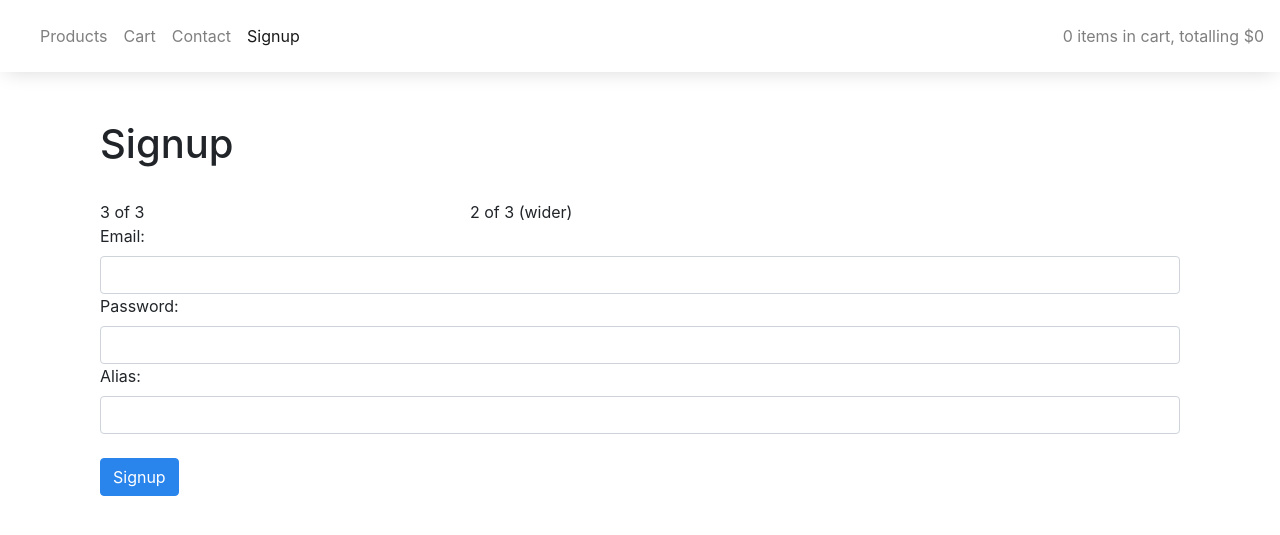
Repository: dayrim/wavecraft
Page: /signup
The author's editor kept a copy of each file at every save. The page is drawn from the files as they stood at one save, then again after the next save.
The browser window is 1280 px wide. The pictures show the whole page.
The project was rebuilt for these pictures with package versions that can differ from the ones it lists, and the page was loaded fresh each time. Also part of the build but not shown: vue.config.js.

Above is the page before, as saved 2019-04-22 16:03:47.

After the next save:
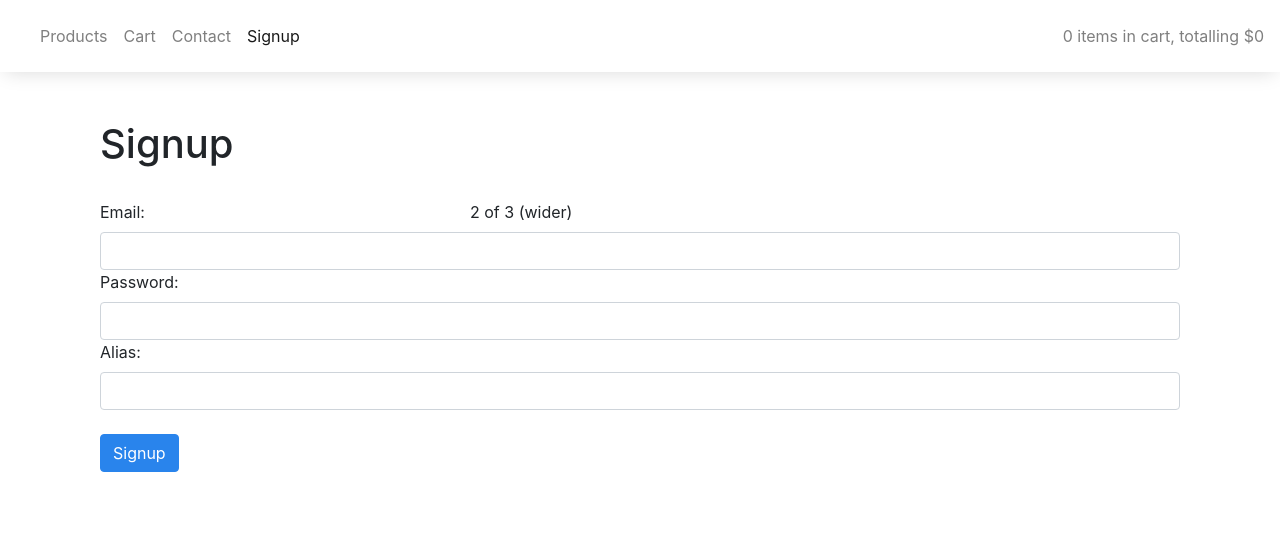
Saved 6 s later.
--- a/src/components/Signup.vue
+++ b/src/components/Signup.vue
@@ -3,11 +3,10 @@
     <h1>Signup</h1>
     <br />
     <b-row>
-      <b-col>3 of 3</b-col>
+      <b-col> <label for="email">Email:</label></b-col>
       <b-col cols="8">2 of 3 (wider)</b-col>
     </b-row>
 
-    <label for="email">Email:</label>
     <b-form-input id="email" type="text"></b-form-input>
     <label for="password">Password:</label>
     <b-form-input id="password" type="text"></b-form-input>
